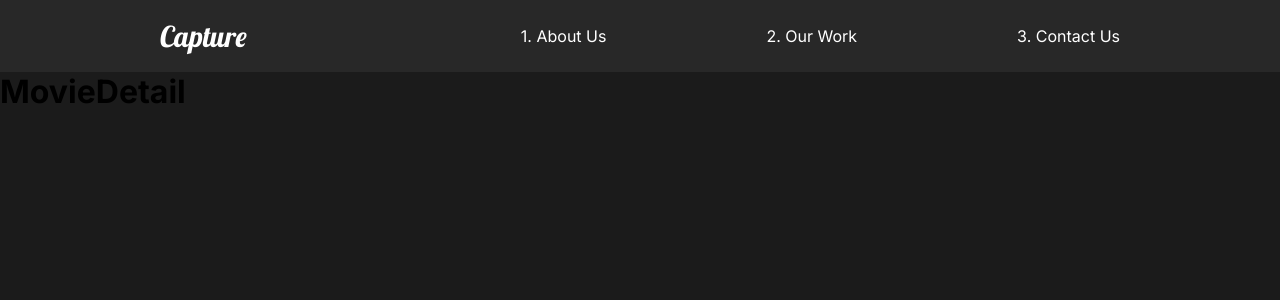
Repository: programmingwithlevi/capture
Page: /work/goodtimes
An editor plug-in stored every save of this project. The page is shown before and after the next save, followed by the edit.
The browser window is 1280 px wide. The pictures show the whole page.
The project was rebuilt for these pictures with package versions that can differ from the ones it lists, and the page was loaded fresh each time. Also part of the build but not shown: src/styles.js, src/components/AboutSection.js, src/components/ServicesSection.js, src/components/FaqSection.js, src/pages/AboutUs.js, src/pages/ContactUs.js, src/pages/OurWork.js.

Above is the page before, as saved 2021-12-08 15:23:25.

After the next save:
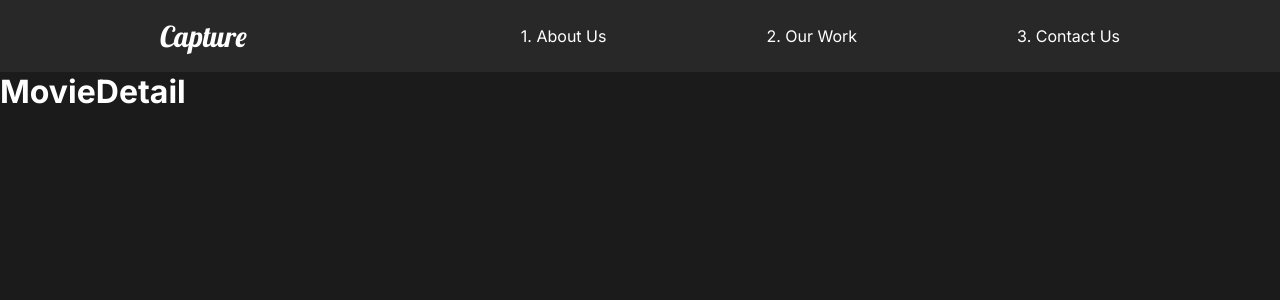
Saved 5 min 37 s later.
--- a/src/pages/movieDetail.js
+++ b/src/pages/movieDetail.js
@@ -18,11 +18,11 @@
         },[movies,url]);
         console.log(movie);
     return (
-        <div>
+        <Details>
             <h1>
                 MovieDetail
             </h1>
-        </div>
+        </Details>
     );
  //       <>
  //       {movie && (
